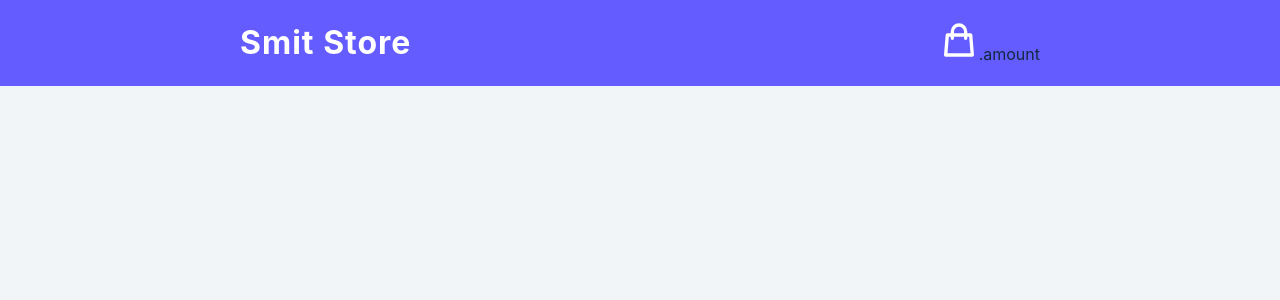
Repository: smit1298/Redux-Toolkit-Add-to-Cart
Page: /
An editor plug-in stored every save of this project. The page is shown before and after a run of saves, followed by the edit.
The browser window is 1280 px wide. The pictures show the whole page.
The project was rebuilt for these pictures with package versions that can differ from the ones it lists, and the page was loaded fresh each time.

Above is the page before, as saved 2022-11-14 14:13:58.

### src/index.js
import React from "react";
import ReactDOM from "react-dom";
import "./index.css";
import App from "./App";
import { Provider } from "react-redux";
import { store } from "./store"

ReactDOM.render(
  <React.StrictMode>
    <Provider store={store}>
      <App />
    </Provider>
  </React.StrictMode>,
  document.getElementById("root")
);

### src/App.js
import Navbar from "./components/Navbar";

function App() {
  return (
    <main>
      <Navbar />
    </main>
  );
}
export default App;

### src/store.js
import {configureStore} from '@reduxjs/toolkit';
import cartReducer from './features/cart/cartSlice'

export const store = configureStore({
    reducer: {
        cart: cartReducer,
    },
})

### src/components/Navbar.js
import { CartIcon } from "../icons";
import { useSelector } from "react-redux";

 const Navbar = () => {
  return (
    <nav>
      <div className="nav-center">
        <h3>smit store</h3>
        <div className="nav-container">
            <CartIcon />
            .amount
        </div>
      </div>
    </nav>
  );
};

export default Navbar

### src/features/cart/cartSlice.js
import { createSlice } from "@reduxjs/toolkit";

const initialState = {
  cartitems: [],
  amount: 0,
  total: 0,
  isLoading: true,
};

const cartSlice = createSlice({
  name: "cart",
  initialState,
});

// console.log(cartSlice);
export default cartSlice.reducer

### src/icons.js
export const CartIcon = () => {
  return (
    <svg
      xmlns='http://www.w3.org/2000/svg'
      className='h-6 w-6 '
      fill='none'
      viewBox='0 0 24 24'
      stroke='currentColor'
      strokeWidth={2}
    >
      <path
        strokeLinecap='round'
        strokeLinejoin='round'
        d='M16 11V7a4 4 0 00-8 0v4M5 9h14l1 12H4L5 9z'
      />
    </svg>
  );
};

export const ChevronDown = () => {
  return (
    <svg
      xmlns='http://www.w3.org/2000/svg'
      className='h-6 w-6'
      fill='none'
      viewBox='0 0 24 24'
      stroke='currentColor'
      strokeWidth={2}
    >
      <path strokeLinecap='round' strokeLinejoin='round' d='M19 9l-7 7-7-7' />
    </svg>
  );
};

export const ChevronUp = () => {
  return (
    <svg
      xmlns='http://www.w3.org/2000/svg'
      className='h-6 w-6'
      fill='none'
      viewBox='0 0 24 24'
      stroke='currentColor'
      strokeWidth={2}
    >
      <path strokeLinecap='round' strokeLinejoin='round' d='M5 15l7-7 7 7' />
    </svg>
  );
};

Loaded but not shown: public/index.html (common file); src/index.css (common file)

After the next 3 saves:
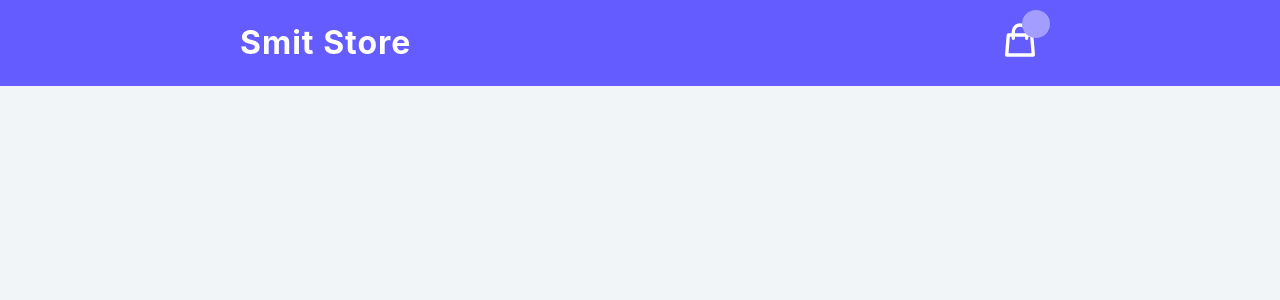
The 3 saves are shown as one change because they came seconds apart.
The last was saved 10 s later.
--- a/src/components/Navbar.js
+++ b/src/components/Navbar.js
@@ -8,7 +8,9 @@
         <h3>smit store</h3>
         <div className="nav-container">
             <CartIcon />
-            .amount
+            <div className="amount-container">
+
+            </div>
         </div>
       </div>
     </nav>
